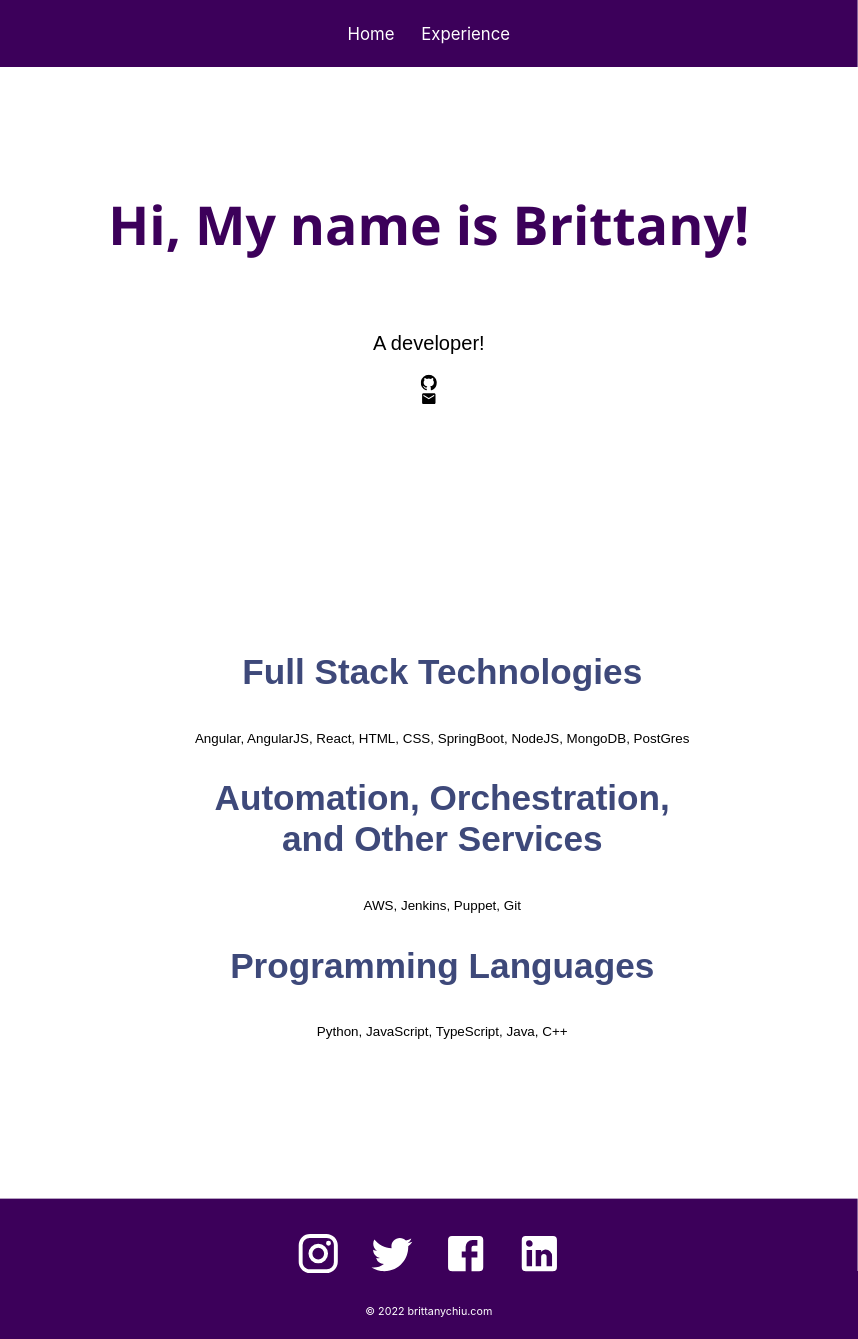
Repository: chiubacca94/chiufolio
Page: /
The author's editor kept a copy of each file at every save. The page is drawn from the files as they stood at one save, then again after the next save.
The browser window is 1280 px wide. The pictures show the whole page, at 67% of full size.
The project was rebuilt for these pictures with package versions that can differ from the ones it lists, and the page was loaded fresh each time. Also part of the build but not shown: src/components/Projects/Projects.js, src/components/Experiences/Experiences.js.

Above is the page before, as saved 2022-07-04 05:37:05.

### src/App.js
import './App.css';
import { BrowserRouter as Router, Routes, Route } from 'react-router-dom';
import Navbar from './components/NavBar/Navbar';
import Home from './components/Home/Home';
import Projects from './components/Projects/Projects';
import Experiences from './components/Experiences/Experiences';
import Footer from './components/Footer/Footer';

function App() {
  return (
    <div className="App">
      <Router>
        <Navbar />
        <Routes>
          <Route path="/" element={ <Home /> }></Route>
          <Route path="/projects" element={ <Projects /> }></Route>
          <Route path="/experiences" element={ <Experiences /> }></Route>
        </Routes>
        <Footer />
      </Router>
    </div>
  );
}

export default App;

### src/App.css
.App {
  text-align: center;
}

body {
  margin: 0px;
  padding: 0px;
}

### src/components/NavBar/Navbar.js
import React, {useEffect, useState} from "react";
import { Link, useLocation } from "react-router-dom";
import ReorderIcon from '@material-ui/icons/Reorder';
import "./Navbar.css"

function Navbar() {
    // NavBr States
    const [ expandNavbar, setExpandNavbar ] = useState(false)
    const location = useLocation();

    // use when location changes and set navbar to false
    useEffect(() => {
        setExpandNavbar(false);
    }, [location])

    return (
        // id will change based on state
        <div className="navbar" id={expandNavbar ? "open" : "close"}>
            <div className="toggleButton">
                <button onClick={() => { setExpandNavbar((prev) => !prev) }}>
                    <ReorderIcon></ReorderIcon>
                </button>
            </div>
            <div className="links">
                <Link to="/"> Home </Link>
                {/* <Link to="/projects"> Projects </Link>  */}
                <Link to="/experiences"> Experience </Link>
            </div>
        </div>
    )
}

export default Navbar;

### src/components/Home/Home.js
import React from 'react'
import GitHubIcon from '@material-ui/icons/GitHub'
import EmailIcon from '@material-ui/icons/Email'

import './Home.css'

export default function Home() {
  return (
    <div className='home'>
        <div className='about'>
            <h2>Hi, My name is Brittany!</h2>
            <div className='prompt'><p> A developer!</p></div>
            <GitHubIcon />
            <EmailIcon />
        </div>
        <div className='skills'>
            <h1>Skills</h1>
            <ol className='list'>
                <li className='item'>
                    <h2>Full Stack Technologies</h2>
                    <span>Angular, AngularJS, React, HTML, CSS, SpringBoot, NodeJS, MongoDB, PostGres</span>
                </li>
                <li className='item'>
                    <h2>Automation, Orchestration, and Other Services</h2>
                    <span>AWS, Jenkins, Puppet, Git</span>
                </li>
                <li className='item'>
                    <h2>Programming Languages</h2>
                    <span>Python, JavaScript, TypeScript, Java, C++</span>
                </li>
            </ol>
        </div>
    </div>
  )
}

### src/components/Footer/Footer.js
import React from 'react';
import InstagramIcon  from '@material-ui/icons/Instagram';
import TwitterIcon from '@material-ui/icons/Twitter';
import FacebookIcon from '@material-ui/icons/Facebook';
import LinkedInIcon from '@material-ui/icons/LinkedIn';
import './Footer.css'

export default function Footer() {
  return (
    <div className='footer'>
        <div className='socialMedia'>
            <InstagramIcon />
            <TwitterIcon />
            <FacebookIcon />
            <LinkedInIcon />
        </div>
        <p>&copy; 2022 brittanychiu.com</p>
    </div>
  )
}

### src/components/NavBar/Navbar.css
.navbar {
    width: 100%;
    height: 100px;
    background: #3c005a;
  }

  .links {
    width: 100%;
    height: 100%;
    display: flex;
    align-items: center;
    justify-content: center;
    color: white;
  }

  .navbar a {
    color: white;
    text-decoration: none;
    margin: 20px;
    font-size: 25px;
  }

  .toggleButton {
    width: 100%;
    height: 100px;
    display: flex;
    align-items: center;
    justify-content: flex-end;
  }

  .toggleButton svg {
    font-size: 50px;
  }
  .toggleButton button {
    margin-right: 20px;
    background-color: transparent;
    border: none;
    color: white;
    cursor: pointer;
  }

  #open {
    height: 100vh;
  }

  #open .links {
    flex-direction: column;
    justify-content: flex-start;
    margin-top: 100px;
  }

  #open a {
    width: 100%;
    text-align: center;
  }

  @media only screen and (max-width: 900px) {
    .navbar a {
      width: 70px;
    }
  }

  @media only screen and (max-width: 600px) {
    .toggleButton {
      display: flex;
    }
    #close a {
      display: none;
    }
  }

  @media only screen and (min-width: 600px) {
    .toggleButton {
      display: none;
    }

    .hiddenLinks {
      display: none;
    }

    #open {
      height: 100px;
    }

    #open .links {
      flex-direction: row;
    }
  }

### src/components/Home/Home.css
.home {
    width: 100%;
    align-items: center;
    font-family: "Arial", sans-serif;
    /* color: #3e497a; */
    color: white;
  }

  .about {
    width: 100%;
    height: calc(100vh - 100px);
    display: flex;
    flex-direction: column;
    justify-content: center;
    align-items: center;
    text-align: center;
    /* background-color: #21325e; */
    color: black;
  }

  .about h2 {
    font-family: "Segoe UI", Tahoma, Geneva, Verdana, sans-serif;
    font-size: 80px;
    color: #3c005a;
    min-height: 50px;
  }

  .about .prompt {
    padding-top: 10px;
    width: 40%;
    font-size: 30px;
  }
  .prompt svg {
    font-size: 60px;
    margin: 5px;
    color: white;
  }

  .skills {
    font-size: 35px;
    width: 100%;
    display: flex;
    justify-content: center;
    flex-direction: column;
    align-items: center;
  }

  .skills h2 {
    color: #3e497a;
  }

  .skills .list {
    list-style: none;
    width: 60%;
    color: black;
  }

  .list span {
    font-size: 20px;
  }

  @media only screen and (max-width: 905px) {
    .about h2 {
      font-size: 60px;
    }

    .about .prompt {
      margin-top: 10px;
      font-size: 20px;
      width: 80%;
    }

    .skills {
      text-align: center;
    }
    .list {
      padding: 0;
    }

    .skills h2 {
      font-size: 30px;
    }
  }

  @media only screen and (max-width: 600px) {
    .about h2 {
      font-size: 40px;
    }

    .about .prompt {
      margin-top: 10px;
      font-size: 20px;
      width: 80%;
    }

    .skills {
      text-align: center;
    }
    .list {
      padding: 0;
    }

    .skills h2 {
      font-size: 30px;
    }
  }

### src/components/Footer/Footer.css
.footer {
    width: 100%;
    height: 200px;
    background: #3c005a;
    display: flex;
    justify-content: center;
    align-items: center;
    flex-direction: column;
    padding-top: 10px;
    margin-top: 200px;
  }

  .socialMedia svg {
    color: white;
    margin: 20px;
    font-size: 70px;
    cursor: pointer;
  }

  .footer p {
    color: white;
  }

  @media only screen and (max-width: 600px) {
    .footer svg {
      font-size: 50px;
    }
  }

Loaded but not shown: public/index.html (common file); src/index.js (common file); src/index.css (common file); src/reportWebVitals.js (common file)

After the next save:
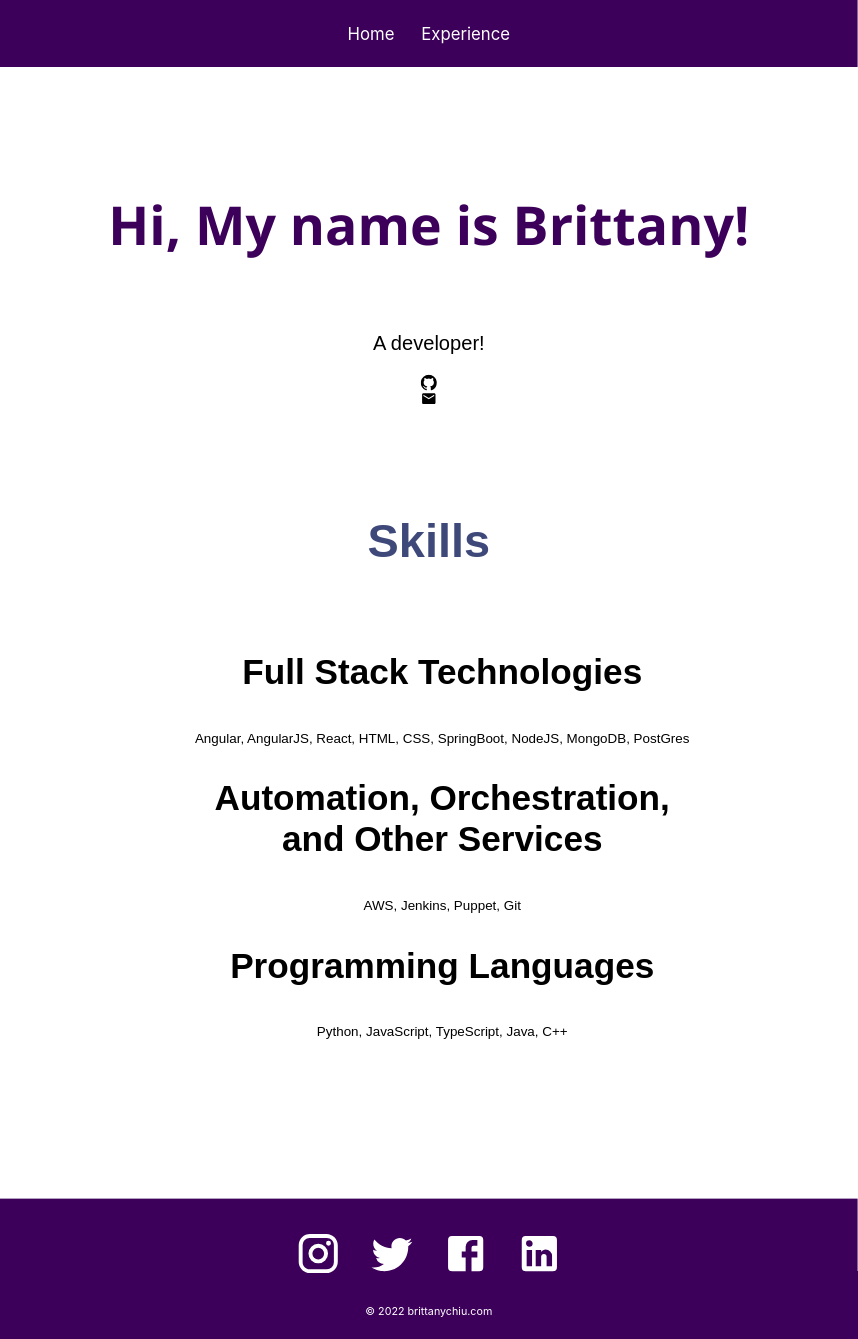
Saved 20 s later.
--- a/src/components/Home/Home.css
+++ b/src/components/Home/Home.css
@@ -45,7 +45,7 @@
     align-items: center;
   }
 
-  .skills h2 {
+  .skills h1 {
     color: #3e497a;
   }
 
